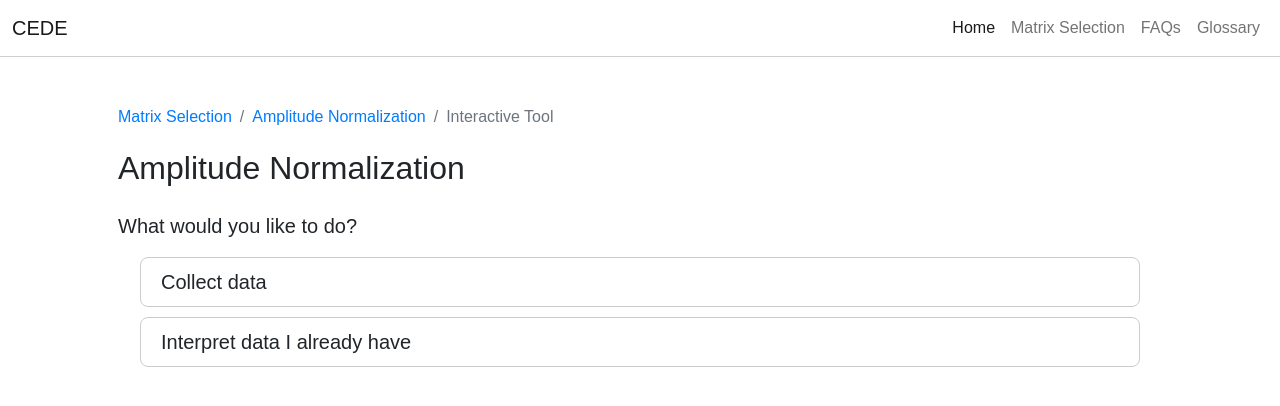
Repository: devashrisamani/CEDE-Website
Page: website/inttool.html
These files come from the project's save history. The page is drawn as it stood at one moment and after the next save; the edit follows.
The browser window is 1280 px wide. The pictures show the whole page.

Above is the page before, as saved 2024-06-19 22:29:47.
Console error: TypeError: Cannot read properties of null (reading 'addEventListener')

### website/inttool.html
<!DOCTYPE html>
<html lang="en">
  <head>
    <meta charset="UTF-8" />
    <meta name="viewport" content="width=device-width, initial-scale=1.0" />
    <title>CEDE Decision Tree</title>
    <link
      href="https://cdn.jsdelivr.net/npm/bootstrap@5.1.3/dist/css/bootstrap.min.css"
      rel="stylesheet"
    />
    <link rel="stylesheet" href="inttool.css" />
  </head>
  <body>
    <!-- Navigation Bar (consistent with other pages) -->
    <nav class="navbar navbar-expand-lg navbar-light bg-white">
      <div class="container-fluid">
        <a class="navbar-brand" href="#">CEDE</a>
        <button
          class="navbar-toggler"
          type="button"
          data-bs-toggle="collapse"
          data-bs-target="#navbarNavAltMarkup"
          aria-controls="navbarNavAltMarkup"
          aria-expanded="false"
          aria-label="Toggle navigation"
        >
          <span class="navbar-toggler-icon"></span>
        </button>
        <div
          class="collapse navbar-collapse justify-content-end"
          id="navbarNavAltMarkup"
        >
          <div class="navbar-nav">
            <a class="nav-link active" href="#">Home</a>
            <a class="nav-link" href="#">Matrix Selection</a>
            <a class="nav-link" href="#">FAQs</a>
            <a class="nav-link" href="#">Glossary</a>
          </div>
        </div>
      </div>
    </nav>

    <!-- Main Content -->
    <div class="container mt-5 px-5">
      <nav aria-label="breadcrumb">
        <ol class="breadcrumb">
          <li class="breadcrumb-item">
            <a href="index.html">Matrix Selection</a>
          </li>
          <li class="breadcrumb-item">
            <a href="amplitude.html">Amplitude Normalization</a>
          </li>
          <li class="breadcrumb-item active" aria-current="page">
            Interactive Tool
          </li>
        </ol>
      </nav>
      <h2 class="mb-4">Amplitude Normalization</h2>
      <p class="lead">What would you like to do?</p>
      <div class="options-container">
        <div class="option" onclick="selectOption('collect-data')">
          <span>Collect data</span>
        </div>
        <div class="option" onclick="selectOption('interpret-data')">
          <span>Interpret data I already have</span>
        </div>
      </div>
    </div>

    <!-- Scripts -->
    <script src="script.js"></script>
    <script src="https://cdn.jsdelivr.net/npm/bootstrap@5.1.3/dist/js/bootstrap.bundle.min.js"></script>
  </body>
</html>

### website/inttool.css
body {
  font-family: Arial, sans-serif;
  margin: 0;
  padding: 0;
  background-color: white;
}

.navbar {
  border-bottom: 1px solid #cfcfcf;
  background-color: #ffffff;
}

.breadcrumb {
  background-color: white;
  padding: 0;
  margin-bottom: 20px;
}

.breadcrumb-item a {
  color: #007bff;
  text-decoration: none;
}

.breadcrumb-item a:hover {
  text-decoration: underline;
}

.options-container {
  width: 100%;
  max-width: 1000px; /* Set the max-width to control the width */
  margin: 0 auto;
}

.option {
  display: flex;
  justify-content: space-between;
  align-items: center;
  border: 1px solid #ccc;
  margin-bottom: 10px;
  padding: 20px;
  cursor: pointer;
  background-color: white;
  border-radius: 8px;
  font-size: 1.25rem;
  height: 50px;
  width: 100%; /* Ensure the width is 100% of the container */
}

.option:hover {
  background-color: #f0f0f0;
}

.option span {
  font-size: 1.25rem;
  font-weight: 500;
}

button {
  padding: 10px 20px;
  cursor: pointer;
  border: none;
  background: #007bff;
  color: white;
  border-radius: 25px;
  margin-top: 10px;
  text-transform: uppercase;
}

#back-button {
  background-color: white;
  color: #007bff;
  border: 2px solid #007bff;
}

#back-button:hover {
  background-color: #007bff;
  color: white;
}

.text-center {
  text-align: center;
}

### website/script.js
function selectOption(option) {
  console.log("Option selected:", option);
  // Add logic to handle the selected option, such as updating the page content
}

// page 2

function selectOption(option) {
  console.log("Option selected:", option);
  // Here, you can redirect to another page or load new content based on the option
}

function goBack() {
  window.history.back(); // This will take you to the previous page in the history stack
}

// Decision tree functions
const questions = [
  "Does your experiment involve comparisons between muscles or within muscles?",
  "Does your experiment involve comparisons between sessions or within a session?",
  "Does your experiment involve within-group comparisons or between-groups comparisons?",
  "Can your participants perform MVC?",
];

const responses = [
  ["Between muscles", "Within muscle"],
  ["Between sessions", "Within a session"],
  ["Within-group comparison", "Between-groups comparison"],
  ["Yes", "No"],
];

const decisionTree = {
  "Within muscle": {
    "Within a session": {
      "Within-group comparison": {
        Yes: "Experimental context 1: Amplitude comparison within a person and muscle, between conditions/tasks (within a session). *Without removing electrodes (1.1 - 1.6)",
      },
    },
  },
};

function getRecommendation(responses) {
  let node = decisionTree;
  for (let response of responses) {
    if (node[response]) {
      node = node[response];
    } else {
      return "No recommendation found for the given responses.";
    }
  }
  return node;
}

document.getElementById("get-recommendation").addEventListener("click", () => {
  const userResponses = [
    document.getElementById("q1-select").value,
    document.getElementById("q2-select").value,
    document.getElementById("q3-select").value,
    document.getElementById("q4-select").value,
  ];
  const recommendation = getRecommendation(userResponses);
  document.getElementById("recommendation").innerText = recommendation;
});

// CEDE Collaborations section

function showSection(sectionId) {
  const sections = document.querySelectorAll(".team-section");
  const buttons = document.querySelectorAll(".btn-toggle");
  sections.forEach((section) => {
    section.classList.add("d-none");
  });
  buttons.forEach((button) => {
    button.classList.remove("active");
  });
  document.getElementById(sectionId).classList.remove("d-none");
  document
    .querySelector(`button[onclick="showSection('${sectionId}')"]`)
    .classList.add("active");
}

After the next save:
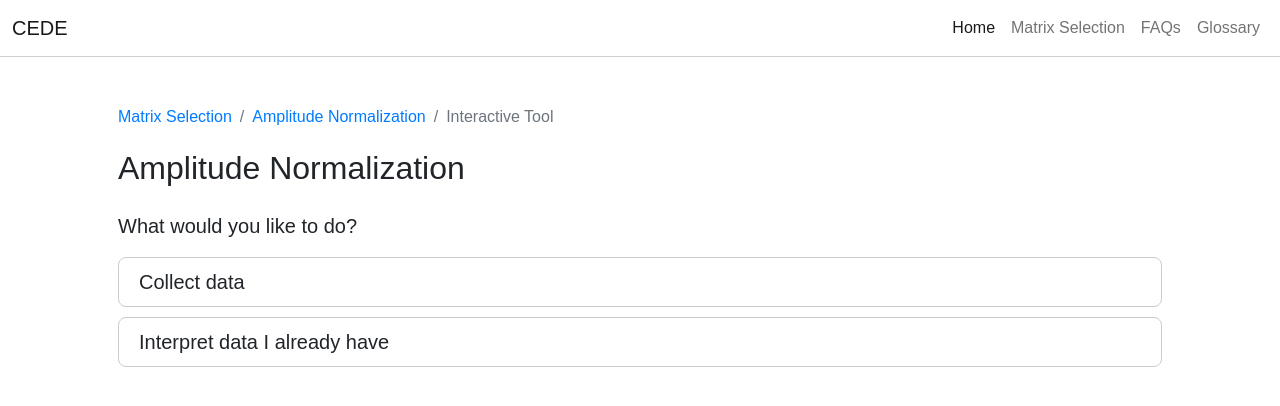
Saved 9 s later.
--- a/website/inttool.css
+++ b/website/inttool.css
@@ -27,7 +27,7 @@ body {
 
 .options-container {
   width: 100%;
-  max-width: 1000px; /* Set the max-width to control the width */
+  max-width: 1500px; /* Set the max-width to control the width */
   margin: 0 auto;
 }
 
